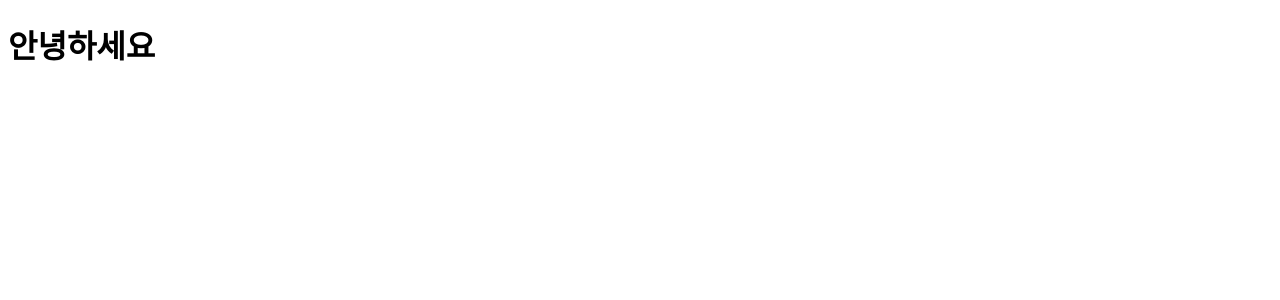
Repository: khkyungnan/Servlet-JSP-Workspace
Page: http://localhost/join/register.jsp
These files come from the project's save history. The page is drawn as it stood at one moment and after the next save; the edit follows.
The browser window is 1280 px wide. The pictures show the whole page.
The page is served by Tomcat 9.

Above is the page before, as saved 2023-11-07 00:33:04.

### join/src/main/webapp/register.jsp
<%@ page language="java" contentType="text/html; charset=EUC-KR"
    pageEncoding="EUC-KR"%>
<!DOCTYPE html>
<html>
<head>
<meta charset="EUC-KR">
<title>Insert title here</title>
</head>
<body>
<h1>안녕하세요</h1>
</body>
</html>

After the next save:
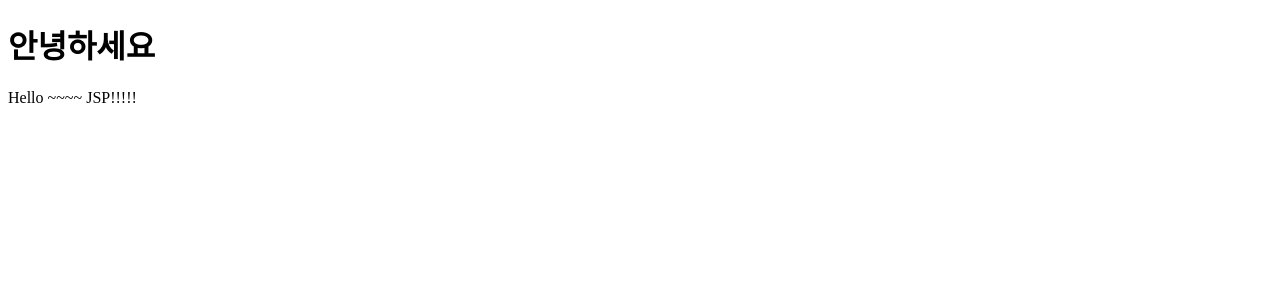
Saved 4 min 15 s later.
--- a/join/src/main/webapp/register.jsp
+++ b/join/src/main/webapp/register.jsp
@@ -8,5 +8,10 @@
 </head>
 <body>
 <h1>안녕하세요</h1>
+
+<%
+	String msg = "Hello ~~~~ JSP!!!!!";
+	out.println(msg);
+%>
 </body>
 </html>
